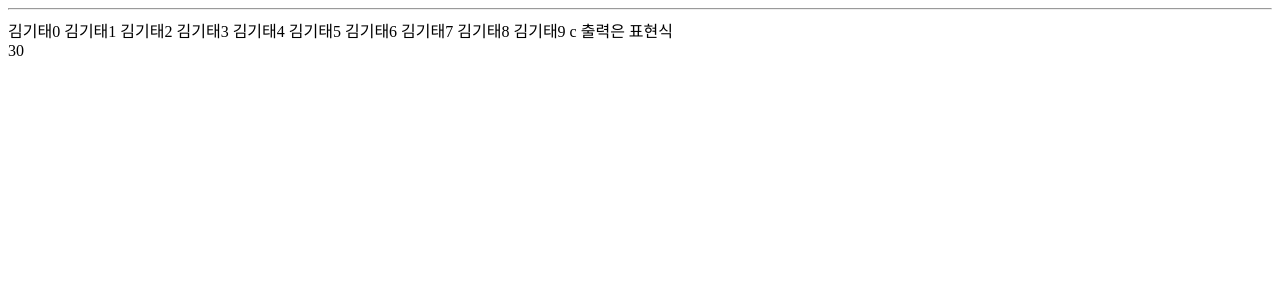
Repository: okgunyang/jsp
Page: http://localhost/practice01/
These files come from the project's save history. The page is drawn as it stood at one moment and after the next save; the edit follows.
The browser window is 1280 px wide. The pictures show the whole page.
The page is served by Tomcat 9. Other server files are loaded and not shown.

Above is the page before, as saved 2022-10-11 05:56:43.

### practice01/WebContent/index.jsp
<%@ page language="java" contentType="text/html; charset=UTF-8"
    pageEncoding="UTF-8"%>
<%@ page import="java.util.Date" %>
<!DOCTYPE html>
<html>
<head>
<meta charset="UTF-8">
<title>웹 문서 테스트</title>
</head>
<body>
<%!
	//선언문 - 객체, 변수, 메소드 선언시
	int a = 20;
	int b = 30;
	Date now = new Date();
%>
<hr>
<%
	//처리 구문 -> 스크립트릿(scriptlet) : 자바코드
	int c;
	String name = "김기태";
	if(a>b){
		c = a;
	} else {
		c = b;
	}
 	for(int d=0;d<10;d++){
		out.println(name+d);
	}
 	out.println("c 출력은 표현식");
%>
<div id="result"><!-- 각주 --> <%=c %>

</div>
</body>
</html>

After the next save:
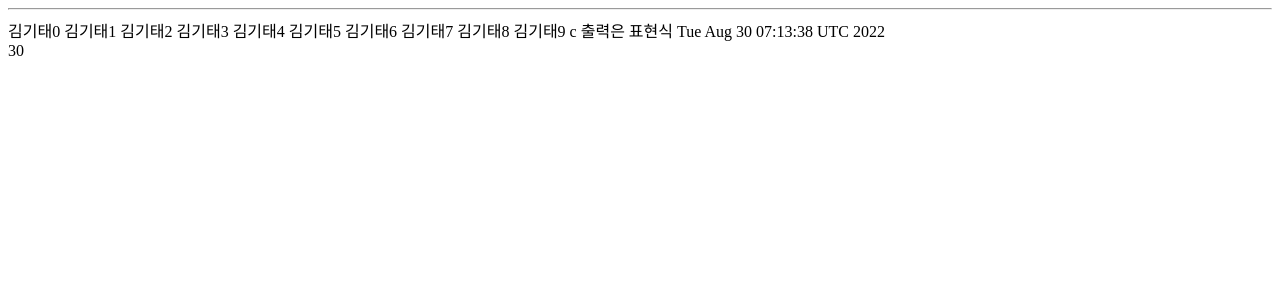
Saved 3 min 24 s later.
--- a/practice01/WebContent/index.jsp
+++ b/practice01/WebContent/index.jsp
@@ -28,6 +28,7 @@
 		out.println(name+d);
 	}
  	out.println("c 출력은 표현식");
+ 	out.println(now);
 %>
 <div id="result"><!-- 각주 --> <%=c %>
 
